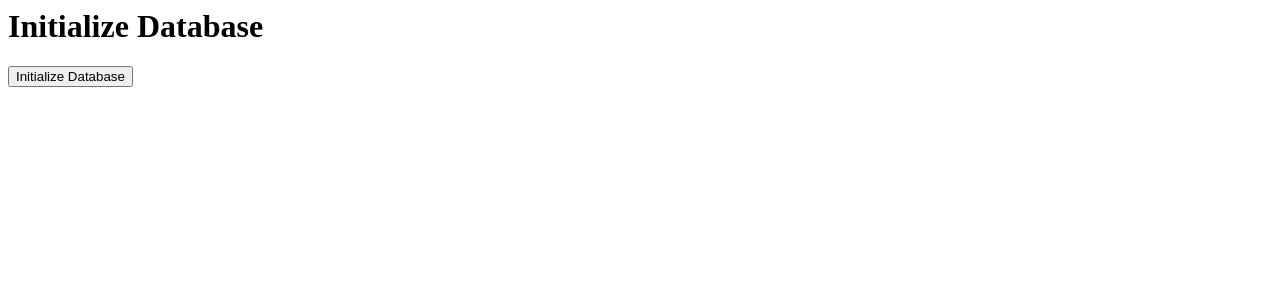
Repository: adamjeffrey871/csc4710
Page: http://localhost/CSC4710Demo/jsps/user/update.jsp
An editor plug-in stored every save of this project. The page is shown before and after the next save, followed by the edit.
The browser window is 1280 px wide. The pictures show the whole page.
The page is served by Tomcat 9.

Above is the page before, as saved 2018-07-01 23:22:41.

After the next save:
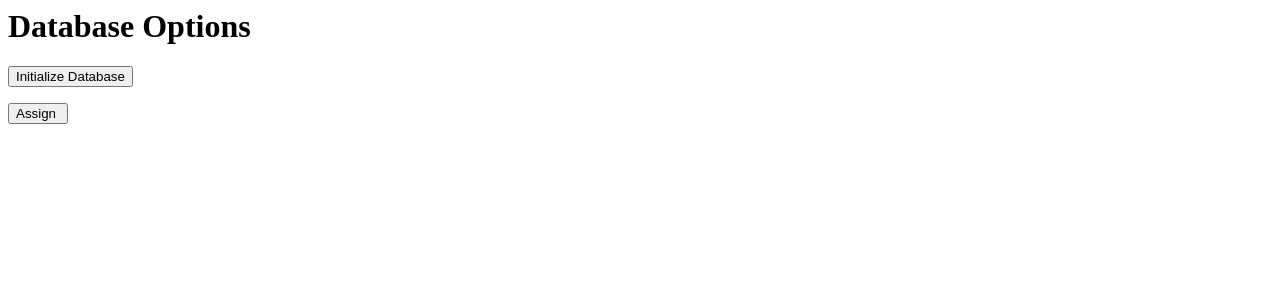
Saved 5 min 28 s later.
--- a/CSC4710Demo/WebContent/jsps/user/update.jsp
+++ b/CSC4710Demo/WebContent/jsps/user/update.jsp
@@ -6,7 +6,7 @@
 <html>
   <head>
 
-    <title>Login</title>
+    <title>Database Options</title>
 
 	<meta http-equiv="pragma" content="no-cache">
 	<meta http-equiv="cache-control" content="no-cache">
@@ -21,7 +21,7 @@
   </head>
 
   <body>
-  <h1>Initialize Database</h1>
+  <h1>Database Options</h1>
 
 
 <p style="color: red; font-weight: 900"> ${msg}</p>
@@ -30,5 +30,10 @@
 	<input type="submit" value="Initialize Database"/>
 
 </form>
+<form action="<c:url value='/AssignThreeServlet'/>" method="post">
+
+	<input type="submit" value="Assign "/>
+
+</form>
   </body>
 </html>
